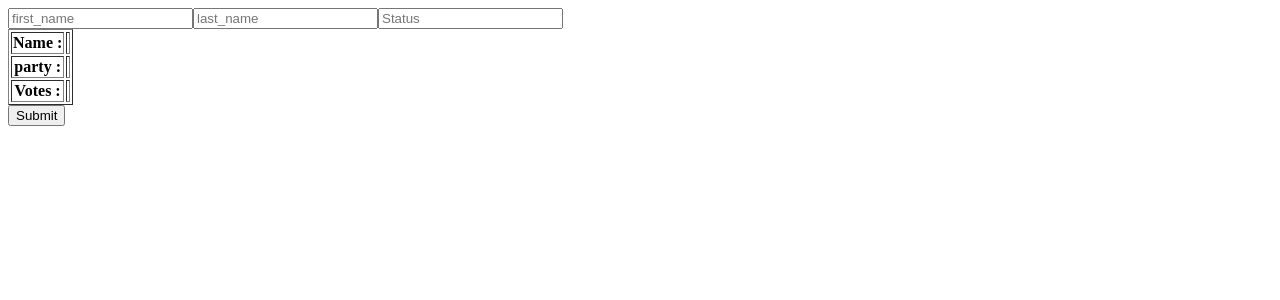
Repository: KD3-86718-yagywalky/Advance-java
Page: Assignment02/secondapp/src/main/webapp/newcandidate.html
The author's editor kept a copy of each file at every save. The page is drawn from the files as they stood at one save, then again after the next save.
The browser window is 1280 px wide. The pictures show the whole page.

Above is the page before, as saved 2024-12-03 14:11:10.

After the next save:
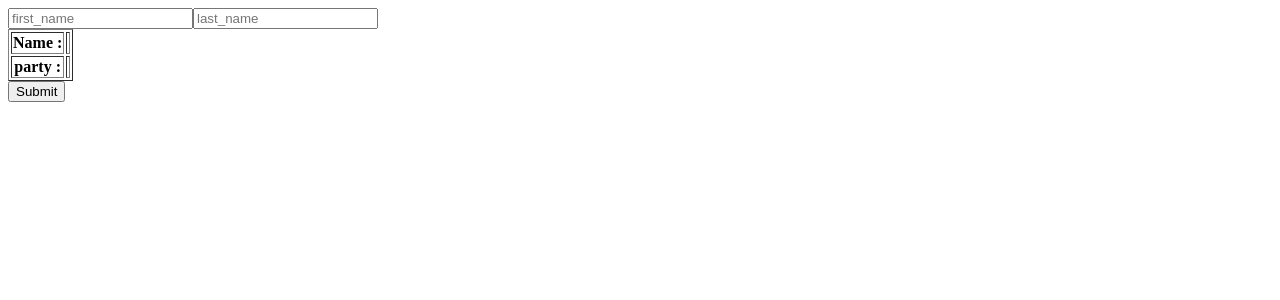
Saved 24 s later.
--- a/Assignment02/secondapp/src/main/webapp/newcandidate.html
+++ b/Assignment02/secondapp/src/main/webapp/newcandidate.html
@@ -11,8 +11,6 @@
 <table border="1">
 	<tr> <th>Name :</th> <input type="text" placeholder="first_name" /> <th></th></tr>
 	<tr> <th>party :</th> <input type="text" placeholder="last_name" /> <th></th></tr>
-	<tr> <th> Votes   :</th> <input type="number" placeholder="Status" /> <th></th></tr>
-
 
 	</table>
 
